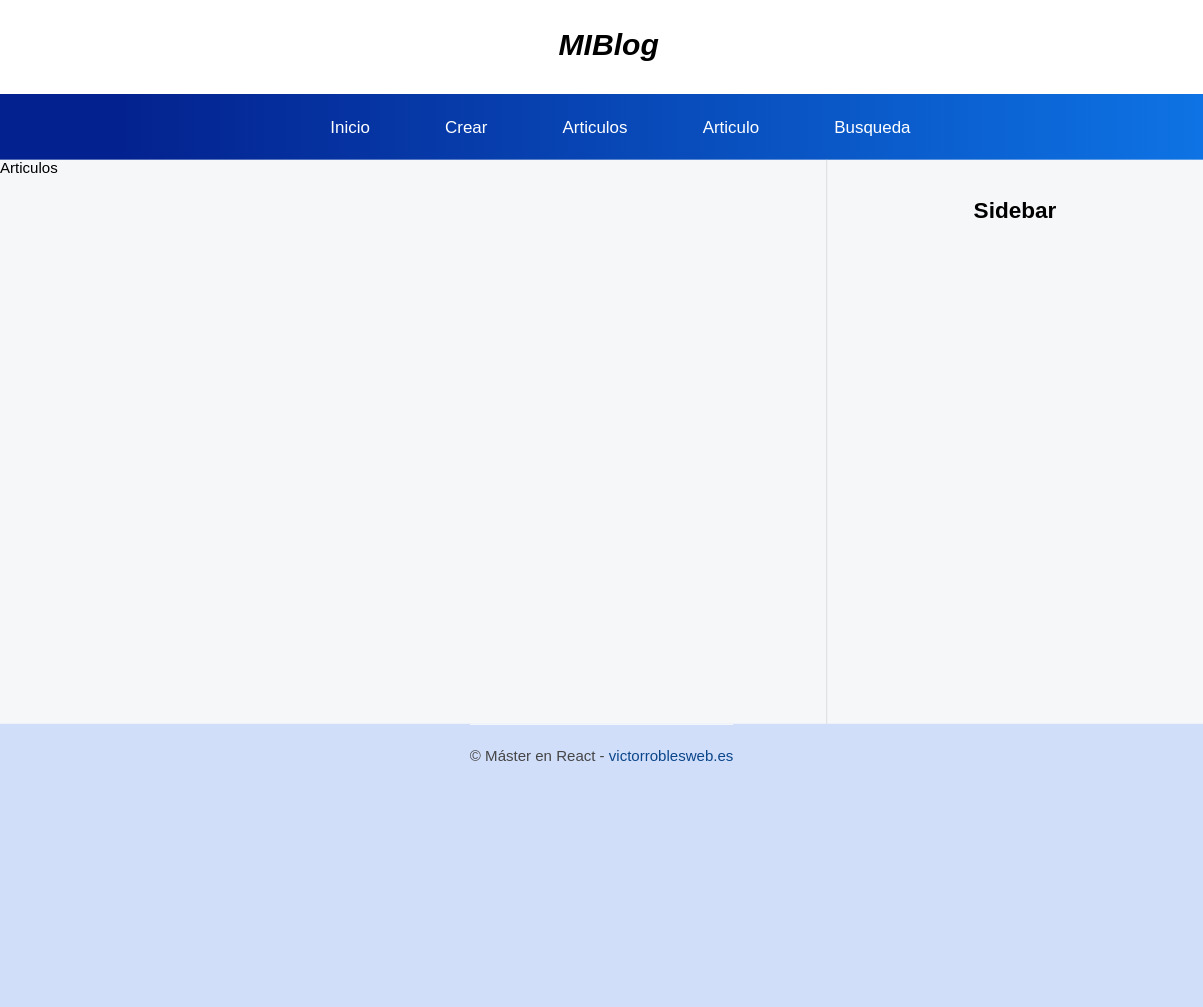
Repository: DamianBermudez94/frondEnd-blog
Page: /articulos
The author's editor kept a copy of each file at every save. The page is drawn from the files as they stood at one save, then again after the next save.
The browser window is 1280 px wide. The pictures show the whole page, at 94% of full size.
The project was rebuilt for these pictures with package versions that can differ from the ones it lists, and the page was loaded fresh each time. Also part of the build but not shown: vite.config.js, src/components/pages/Inicio.jsx, src/components/pages/Busqueda.jsx, src/components/pages/Crear.jsx, src/components/pages/Articulo.jsx.

Above is the page before, as saved 2023-08-07 23:03:03.

After the next save:
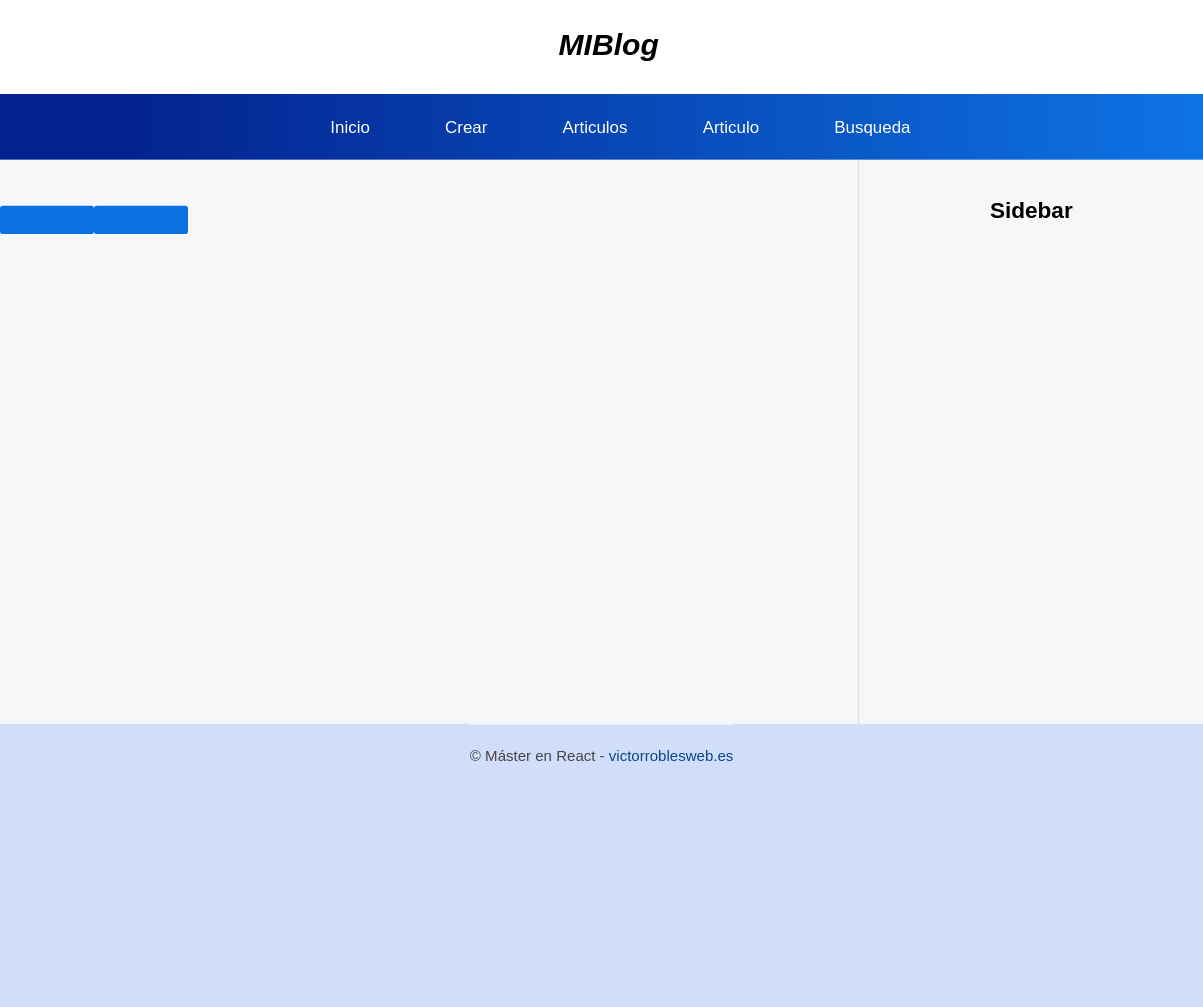
Saved 43 h 23 min later.
--- a/src/components/pages/Articulos.jsx
+++ b/src/components/pages/Articulos.jsx
@@ -2,7 +2,13 @@ import React from 'react'
 
 const Articulos = () => {
   return (
-    <div>Articulos</div>
+    <article>
+      <div><img src="" alt="" /></div>
+      <p></p>
+      <button></button>
+      <button></button>
+    </article>
+
   )
 }
 
